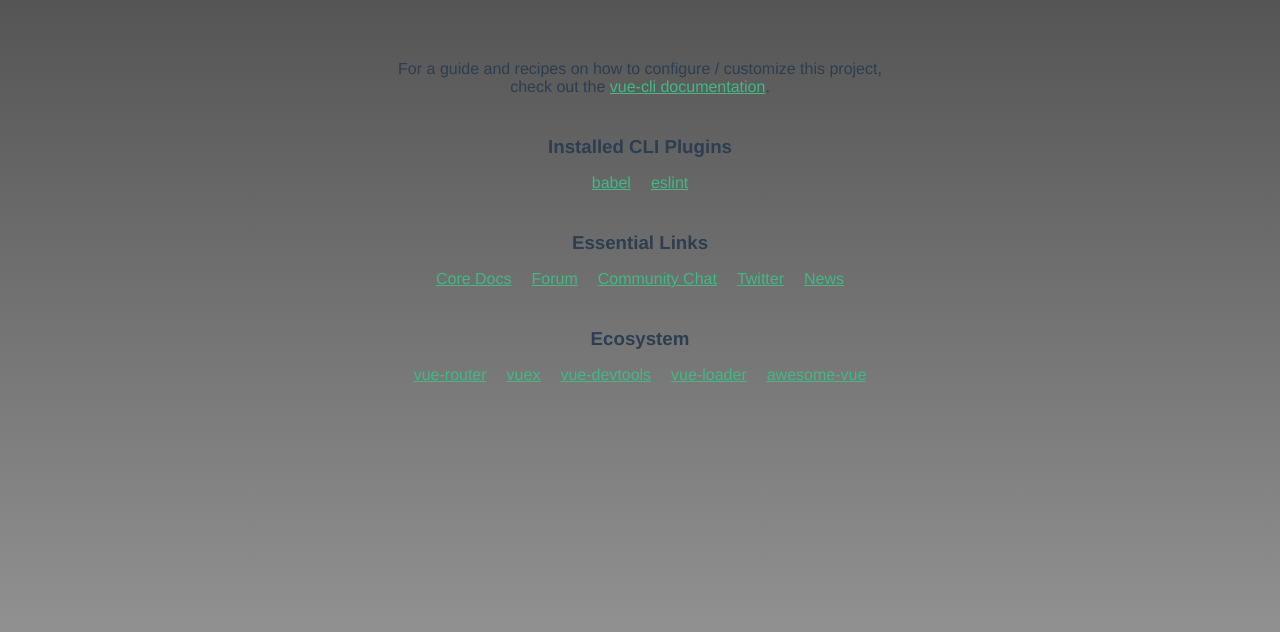
Repository: nickarocho/build-a-bot
Page: /
An editor plug-in stored every save of this project. The page is shown before and after the next save, followed by the edit.
The browser window is 1280 px wide. The pictures show the whole page.
The project was rebuilt for these pictures with package versions that can differ from the ones it lists, and the page was loaded fresh each time.

Above is the page before, as saved 2019-11-19 12:14:35.

### src/App.vue
<template>
  <div id="app">
    <main>
      <HomePage/>
    </main>
  </div>
</template>

<script>
import HomePage from './components/HomePage.vue';

export default {
  name: 'app',
  components: {
    HomePage,
  },
};
</script>

<style>
body {
  background: linear-gradient(to bottom, #555, #999);
  background-attachment: fixed;
}
#app {
  font-family: 'Avenir', Helvetica, Arial, sans-serif;
  -webkit-font-smoothing: antialiased;
  -moz-osx-font-smoothing: grayscale;
  text-align: center;
  color: #2c3e50;
  margin-top: 60px;
}
</style>

### src/components/HomePage.vue
<template>
  <div class="hello">
    <h1>{{ msg }}</h1>
    <p>
      For a guide and recipes on how to configure / customize this project,<br>
      check out the
      <a href="https://cli.vuejs.org" target="_blank" rel="noopener">vue-cli documentation</a>.
    </p>
    <h3>Installed CLI Plugins</h3>
    <ul>
      <li><a href="https://github.com/vuejs/vue-cli/tree/dev/packages/%40vue/cli-plugin-babel" target="_blank" rel="noopener">babel</a></li>
      <li><a href="https://github.com/vuejs/vue-cli/tree/dev/packages/%40vue/cli-plugin-eslint" target="_blank" rel="noopener">eslint</a></li>
    </ul>
    <h3>Essential Links</h3>
    <ul>
      <li><a href="https://vuejs.org" target="_blank" rel="noopener">Core Docs</a></li>
      <li><a href="https://forum.vuejs.org" target="_blank" rel="noopener">Forum</a></li>
      <li><a href="https://chat.vuejs.org" target="_blank" rel="noopener">Community Chat</a></li>
      <li><a href="https://twitter.com/vuejs" target="_blank" rel="noopener">Twitter</a></li>
      <li><a href="https://news.vuejs.org" target="_blank" rel="noopener">News</a></li>
    </ul>
    <h3>Ecosystem</h3>
    <ul>
      <li><a href="https://router.vuejs.org" target="_blank" rel="noopener">vue-router</a></li>
      <li><a href="https://vuex.vuejs.org" target="_blank" rel="noopener">vuex</a></li>
      <li><a href="https://github.com/vuejs/vue-devtools#vue-devtools" target="_blank" rel="noopener">vue-devtools</a></li>
      <li><a href="https://vue-loader.vuejs.org" target="_blank" rel="noopener">vue-loader</a></li>
      <li><a href="https://github.com/vuejs/awesome-vue" target="_blank" rel="noopener">awesome-vue</a></li>
    </ul>
  </div>
</template>

<script>
export default {
  name: 'HomePage',
  props: {
    msg: String,
  },
};
</script>

<!-- Add "scoped" attribute to limit CSS to this component only -->
<style scoped>
h3 {
  margin: 40px 0 0;
}
ul {
  list-style-type: none;
  padding: 0;
}
li {
  display: inline-block;
  margin: 0 10px;
}
a {
  color: #42b983;
}
</style>

Loaded but not shown: public/index.html (common file); src/main.js (common file)

After the next save:
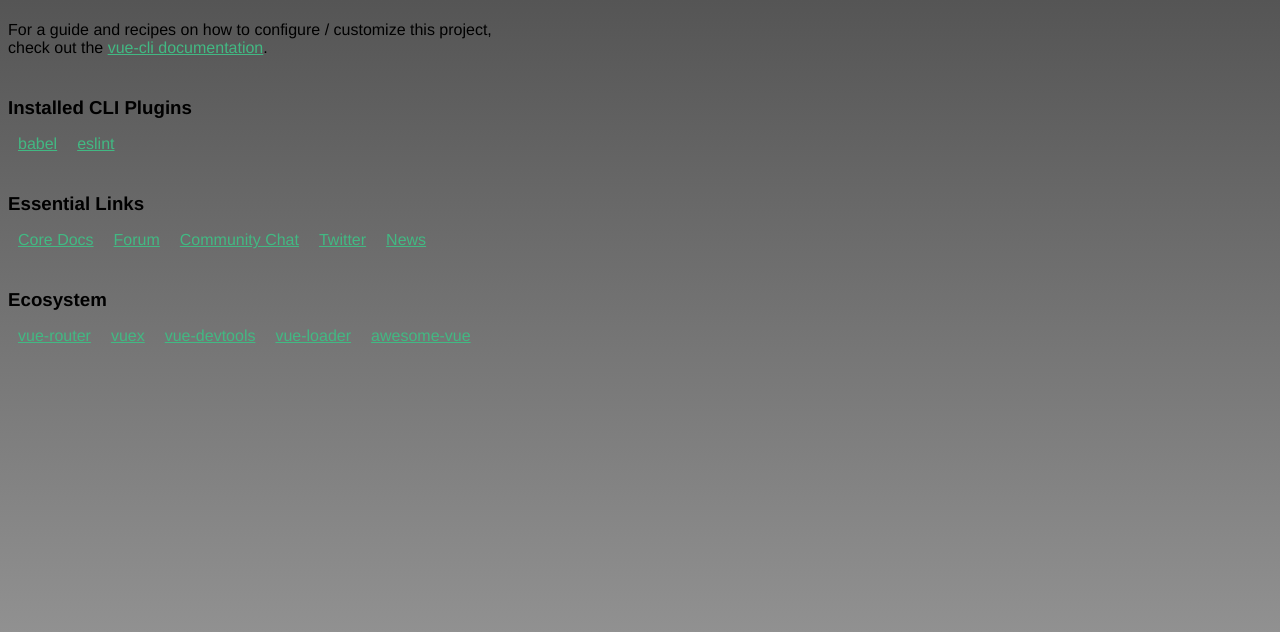
Saved 22 s later.
--- a/src/App.vue
+++ b/src/App.vue
@@ -24,10 +24,5 @@
 }
 #app {
   font-family: 'Avenir', Helvetica, Arial, sans-serif;
-  -webkit-font-smoothing: antialiased;
-  -moz-osx-font-smoothing: grayscale;
-  text-align: center;
-  color: #2c3e50;
-  margin-top: 60px;
 }
 </style>
